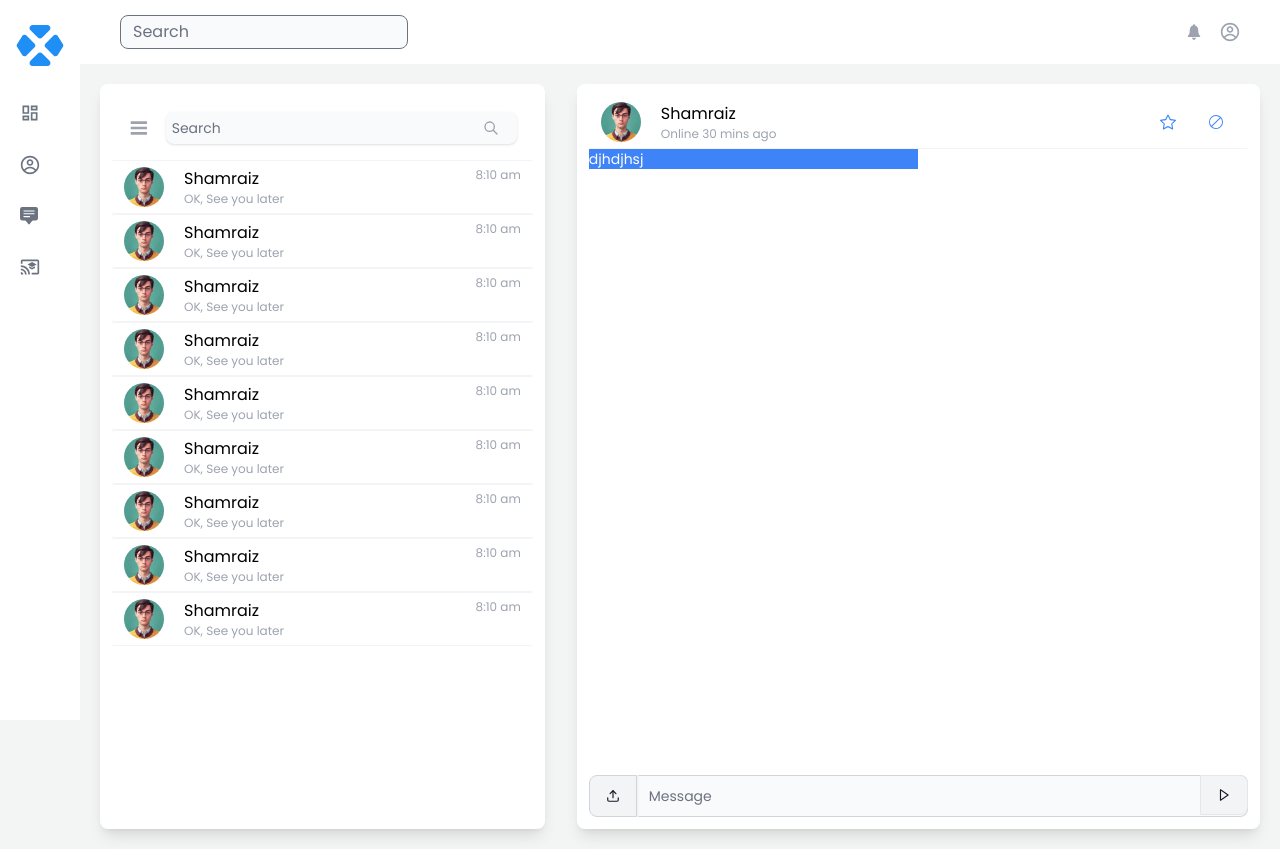
Repository: Shamraiz761/Frontend-Assessment
Page: /chat
An editor plug-in stored every save of this project. The page is shown before and after the next save, followed by the edit.
The browser window is 1280 px wide. The pictures show the whole page.
The project was rebuilt for these pictures with package versions that can differ from the ones it lists, and the page was loaded fresh each time. Also part of the build but not shown: vite.config.js, src/routes/root.jsx, src/pages/orders/index.jsx, src/pages/submission/index.jsx, src/pages/admin/index.css, src/components/admin/card.jsx, src/components/admin/addCard.jsx, src/pages/admin/index.jsx and 3 more. Imported but missing from the stored project, and not drawn on this page: src/pages/auth/login, src/pages/tasks, src/routes/profileLayout.

Above is the page before, as saved 2023-06-16 11:49:44.

After the next save:
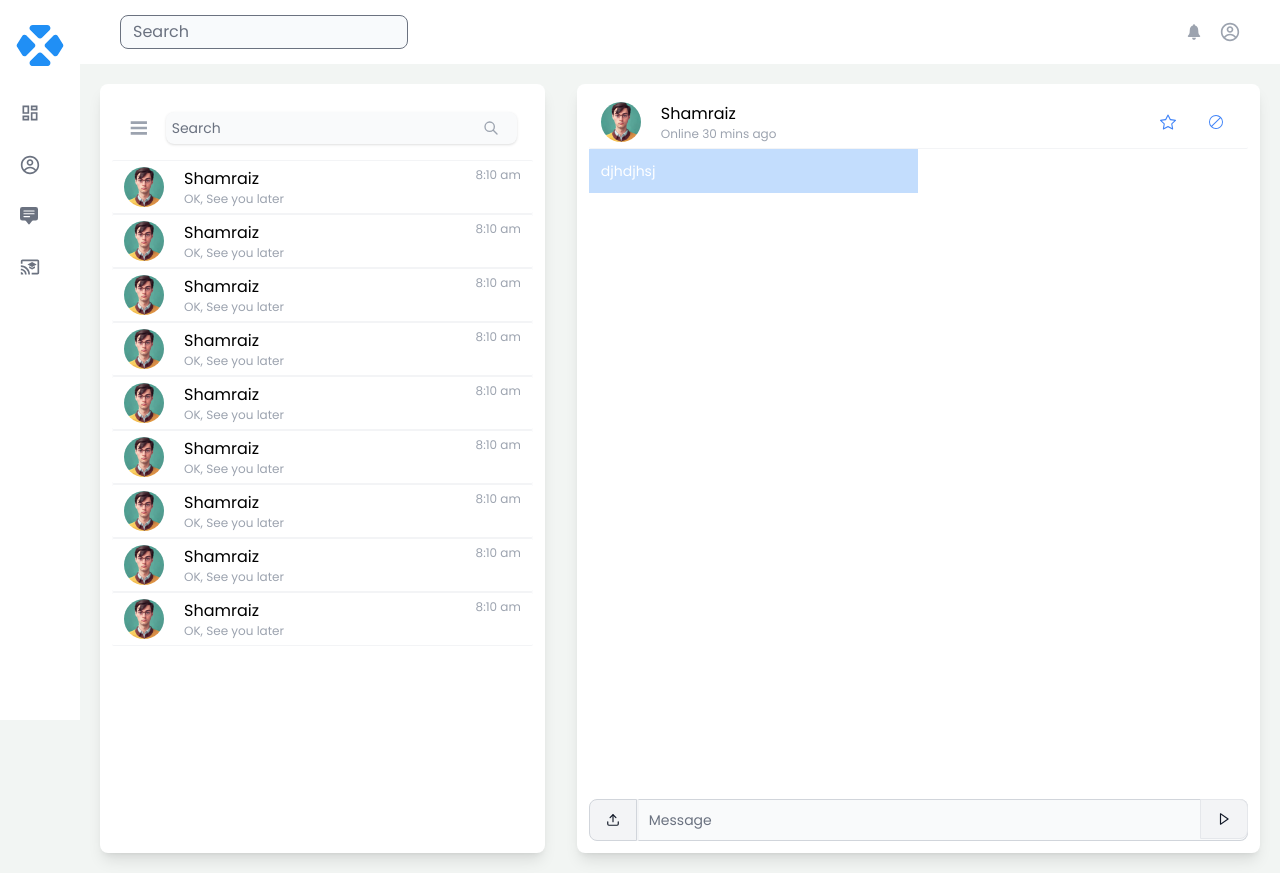
Saved 14 s later.
--- a/src/components/chat/userChat.jsx
+++ b/src/components/chat/userChat.jsx
@@ -28,7 +28,7 @@ function UserChat() {
         </div>
       </div>
       <div className="chats ">
-        <p className="text-sm bg-blue-500 text-white flex flex-col  justify-end w-1/2">
+        <p className="text-sm bg-blue-200 p-3 text-white flex flex-col  justify-end w-1/2">
           djhdjhsj
         </p>
       </div>
